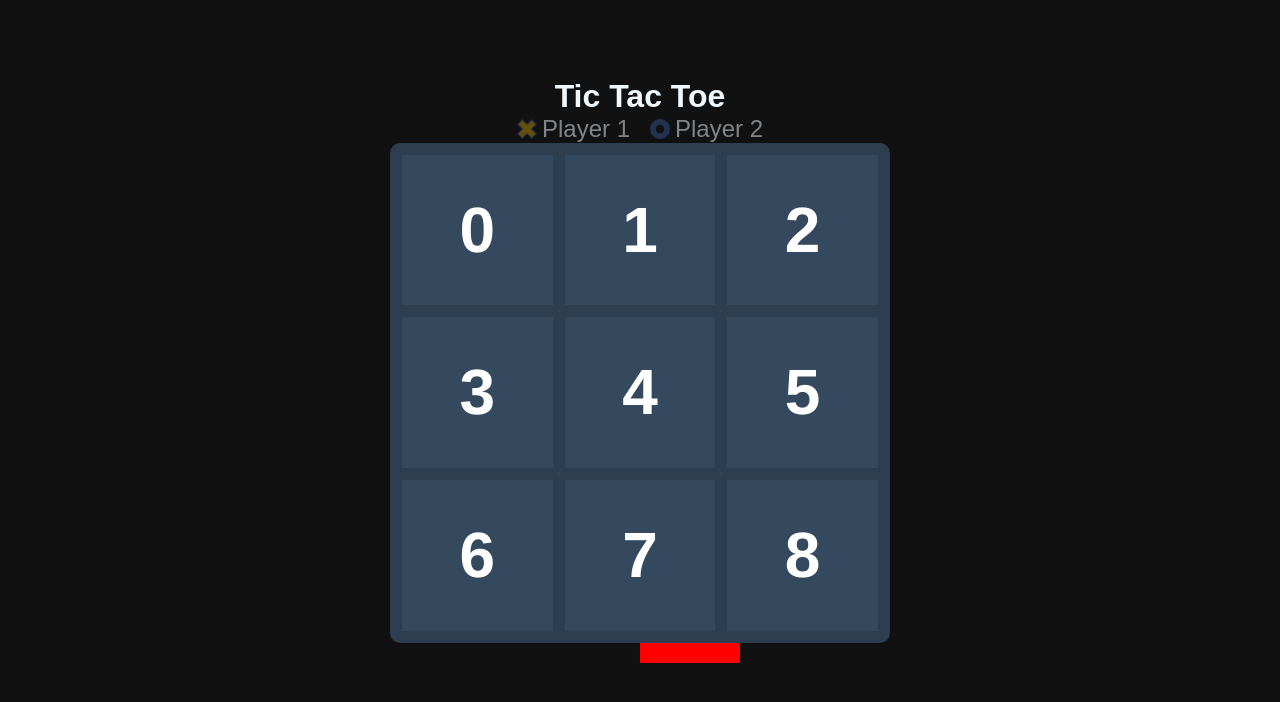
Repository: richardlieknis/tictactoe
Page: index.html
An editor plug-in stored every save of this project. The page is shown before and after the next save, followed by the edit.
The browser window is 1280 px wide. The pictures show the whole page.

Above is the page before, as saved 2022-12-08 14:26:24.

After the next save:
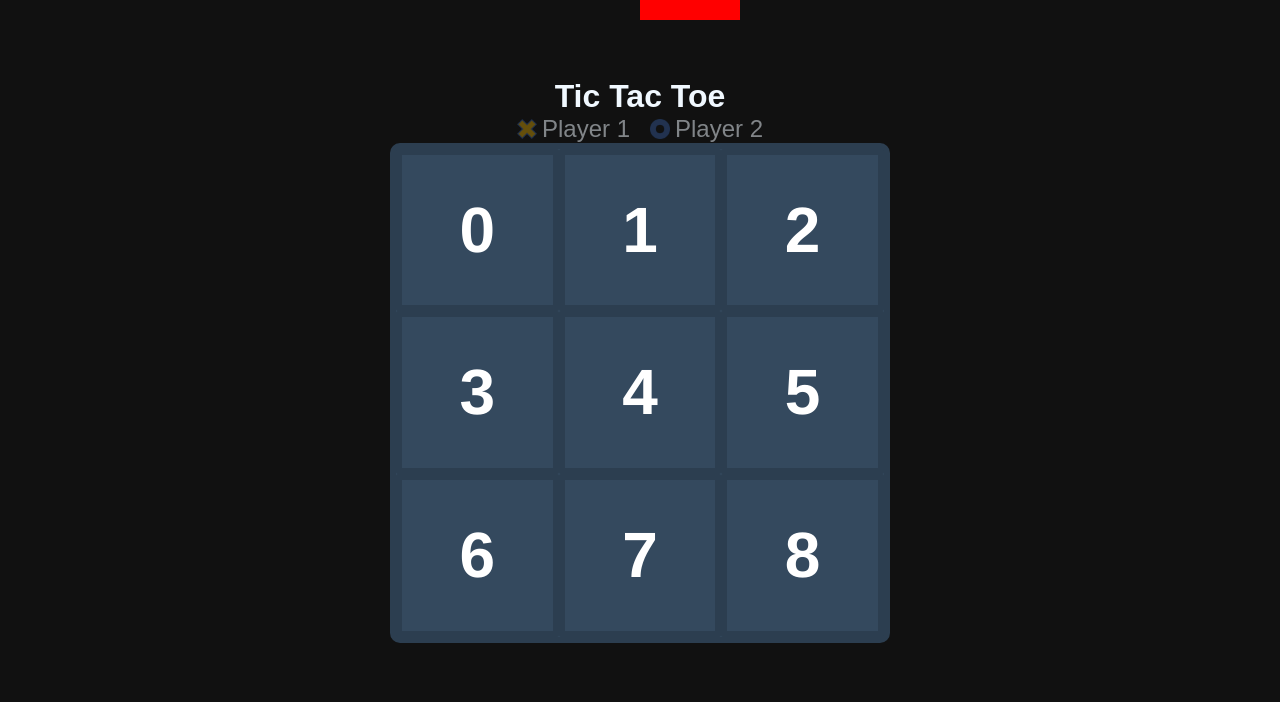
Saved 13 s later.
--- a/css/style.css
+++ b/css/style.css
@@ -75,5 +75,5 @@
     width: 100px;
     height: 20px;
     margin-bottom: 1px;
-    z-index: 2;
+    top: 0;
 }
